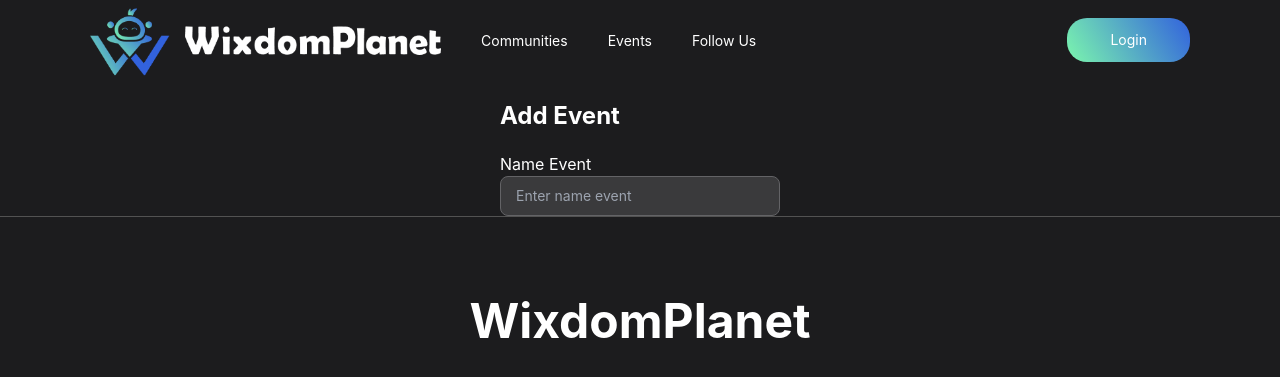
Repository: haudnn/WixdomPlanet-demo
Page: /add
The author's editor kept a copy of each file at every save. The page is drawn from the files as they stood at one save, then again after the next save.
The browser window is 1280 px wide. The pictures show the whole page.
The project was rebuilt for these pictures with package versions that can differ from the ones it lists, and the page was loaded fresh each time. Also part of the build but not shown: vite.config.js, src/App.css, src/features/Event/components/EventItem.jsx, src/features/Event/page/Event.jsx, src/features/Home.jsx.

Above is the page before, as saved 2023-02-03 11:52:20.

### src/App.jsx
import "./App.css";
import { BrowserRouter } from "react-router-dom";
import Header from "./components/Layout/Header";
import RoutesConfig from "./config/RoutesConfig";
import Footer from "./components/Layout/Footer";
function App() {
  return (
    <div className="App bg-[#1c1c1e] min-h-screen">
      <BrowserRouter>
        <Header />
        <RoutesConfig/>
        <Footer/>
      </BrowserRouter>
    </div>
  );
}

export default App;

### src/index.css
@tailwind base;
@tailwind components;
@tailwind utilities;

:root {
  font-family: Inter, system-ui, Avenir, Helvetica, Arial, sans-serif;
}

### src/components/Layout/Header.jsx
import React from 'react'
import { Link } from 'react-router-dom'
import logo from "../../assets/imgs/logo.png"
const Header = () => {
  return (
    <header className='h-[80px]'>
        <div className='max-w-[1140px] my-0 mx-auto h-full px-5'>
            <div className='flex items-center justify-between h-full'>
                <div className='flex items-center gap-x-10'>
                    <div className='h-[80px]'>
                        <Link to="/">
                            <img src={logo} alt="Logo" className='w-full h-full object-cover' />
                        </Link>
                    </div>
                    <ul className='flex items-center gap-x-10'>
                        <li>
                            <Link className='text-sm text-white' to="/communities">Communities</Link>
                        </li>
                        <li>
                            <Link className='text-sm text-white' to="/events">Events</Link>
                        </li>
                        <li>
                            <Link className='text-sm text-white' to="/follow">Follow Us</Link>
                        </li>
                    </ul>
                </div>
                <button style={{background: "linear-gradient(239deg,#3262dd,#7af4ae 98.78%)"}} className='text-sm text-white rounded-[20px] py-3 px-[43px]'>
                    <Link to="/login">Login</Link>
                </button>
            </div>
        </div>
    </header>
  )
}

export default Header

### src/config/RoutesConfig.jsx
import { Routes, Route } from 'react-router-dom';
import routes from '../constants/routes';
function RoutesConfig() {
  return (
    <Routes>
      {routes.map(({ path, component }) => (
        <Route key={path} path={path} element={component} />
      ))}
    </Routes>
  );
}
export default RoutesConfig;

### src/components/Layout/Footer.jsx
import React from 'react'

const Footer = () => {
  return (
    <footer className='border-t border-solid border-[#525252]'>
        <div className='max-w-[1140px] my-0 mx-auto px-5'>
            <div className="pt-[80px] pb-[48px] text-center text-white text-5xl font-bold">
               WixdomPlanet
            </div>
        </div>
    </footer>
  )
}

export default Footer

### src/constants/routes.jsx
import AddEvent from "../features/Event/page/AddEvent";
import Home from "../features/Home";

const routes = [
    {
      path: '/',
      component: <Home/>,
    },
    {
        path: '/add',
        component: <AddEvent/>,
      },
]
export default routes;

### src/features/Event/page/AddEvent.jsx
import React from "react";

const AddEvent = () => {
  return (
    <section className="add flex items-center justify-center mt-5">
      <div>
        <p className="font-bold text-2xl text-white">Add Event</p>
        <div className="form mt-5">
          <form action="">
            <div>
              <label htmlFor="" className="text-white text-base">Name Event</label>
              <div className="w-[280px]">
          <input
            type="text"
            placeholder="Enter name event"
            className="text-sm px-[15px] h-10 leading-10 border border-solid border-[#636366] inline-block w-full bg-[#3a3a3c] rounded-lg text-white"
          />
        </div>
            </div>
          </form>
        </div>
      </div>
    </section>
  );
};

export default AddEvent;

Loaded but not shown: index.html (common file); src/main.jsx (common file); tailwind.config.cjs (common file)

After the next save:
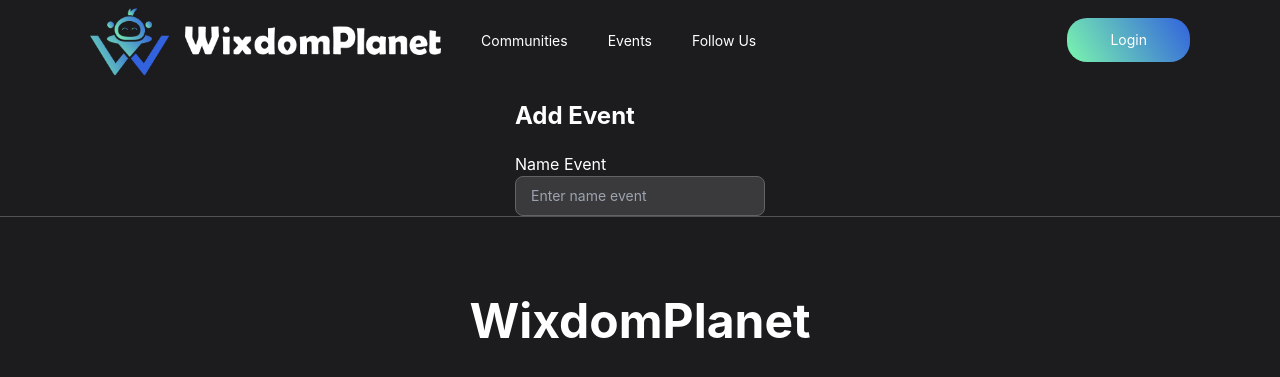
Saved 15 s later.
--- a/src/features/Event/page/AddEvent.jsx
+++ b/src/features/Event/page/AddEvent.jsx
@@ -8,14 +8,16 @@ const AddEvent = () => {
         <div className="form mt-5">
           <form action="">
             <div>
-              <label htmlFor="" className="text-white text-base">Name Event</label>
-              <div className="w-[280px]">
-          <input
-            type="text"
-            placeholder="Enter name event"
-            className="text-sm px-[15px] h-10 leading-10 border border-solid border-[#636366] inline-block w-full bg-[#3a3a3c] rounded-lg text-white"
-          />
-        </div>
+              <label htmlFor="" className="text-white text-base">
+                Name Event
+              </label>
+              <div className="">
+                <input
+                  type="text"
+                  placeholder="Enter name event"
+                  className="text-sm px-[15px] h-10 leading-10 border border-solid border-[#636366] inline-block w-full bg-[#3a3a3c] rounded-lg text-white"
+                />
+              </div>
             </div>
           </form>
         </div>
